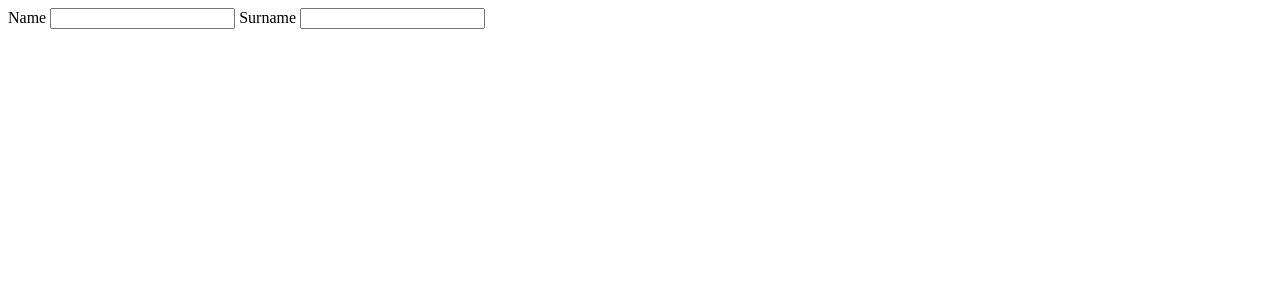
Repository: zlenyk/wrzucak
Page: Shop/WebContent/SearchFriend.html
The author's editor kept a copy of each file at every save. The page is drawn from the files as they stood at one save, then again after the next save.
The browser window is 1280 px wide. The pictures show the whole page.

Above is the page before, as saved 2013-09-24 08:19:49.

After the next save:
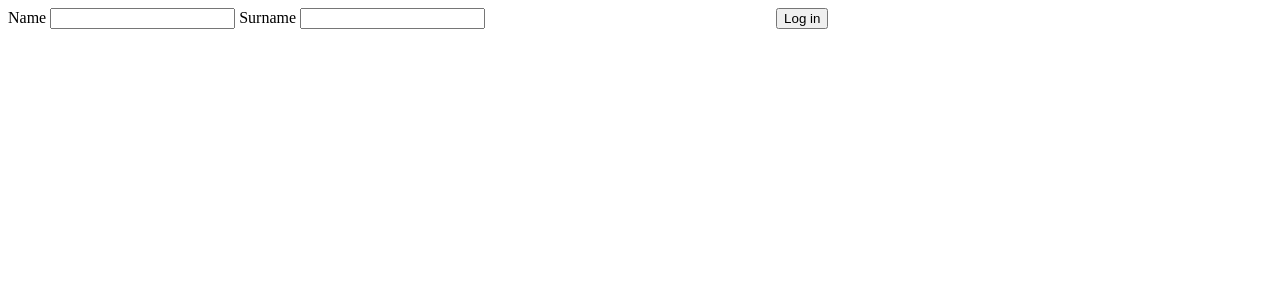
Saved 4 min 36 s later.
--- a/Shop/WebContent/SearchFriend.html
+++ b/Shop/WebContent/SearchFriend.html
@@ -6,12 +6,11 @@
 </head>
 <body>
 	<form method="post" action="http://localhost:8080/Shop/Friends">
-
-
 			<label for="name">Name</label>
 			<input type="text" id="name" name="name"/>
 
 			<label for="name">Surname</label>
 			<input type="text" id="name" name="name"/>
+			<input type="submit" style="margin: -20px 0 0 287px;" value="Log in"/>
 </body>
 </html>
